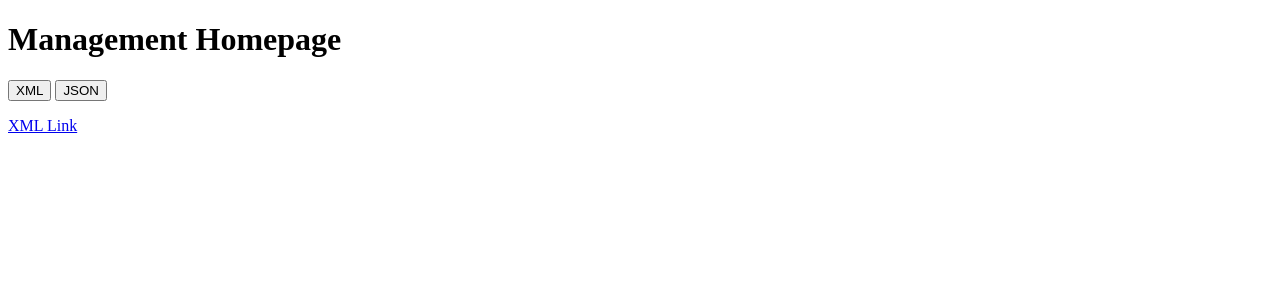
Repository: infsci2560sp16/full-stack-web-project-navis09
Page: hello/WebContent/index.html
An editor plug-in stored every save of this project. The page is shown before and after the next save, followed by the edit.
The browser window is 1280 px wide. The pictures show the whole page.

Above is the page before, as saved 2016-03-30 22:36:48.

### hello/WebContent/index.html
<!DOCTYPE html>
<html>
<head>
<meta charset="UTF-8">
<title>Management Homepage</title>
<script>
	function setXML(){
		document.getElementById("content").innerHTML=
			"<a href='http://localhost:8080/hello/rest/BookResource/XML'>XML</a>"
	}
	function setJSON(){
		document.getElementById("content").innerHTML=
			"<a href='http://localhost:8080/hello/rest/BookResource/JSON'>JSON</a>"
	}
</script>

</head>
<body>
<h1>Management Homepage</h1>


	<button onclick = "setXML()">XML</button>
	<button onclick = "setJSON()">JSON</button>
	<p id="content">
    </p>
    <p id="other">
    <a href="http://localhost:8080/hello/rest/BookResource/XML">XML Link</a>
    </p>

</body>
</html>

After the next save:
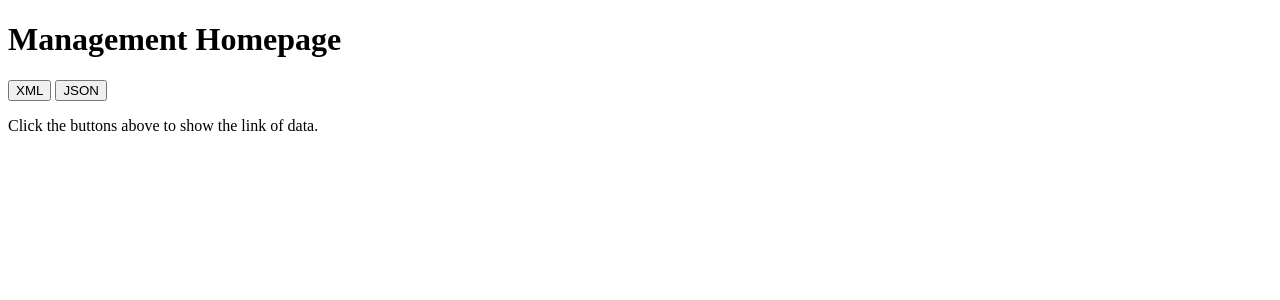
Saved 67 s later.
--- a/hello/WebContent/index.html
+++ b/hello/WebContent/index.html
@@ -22,10 +22,9 @@
 	<button onclick = "setXML()">XML</button>
 	<button onclick = "setJSON()">JSON</button>
 	<p id="content">
+	Click the buttons above to show the link of data.
     </p>
-    <p id="other">
-    <a href="http://localhost:8080/hello/rest/BookResource/XML">XML Link</a>
-    </p>
+
 
 </body>
 </html>
